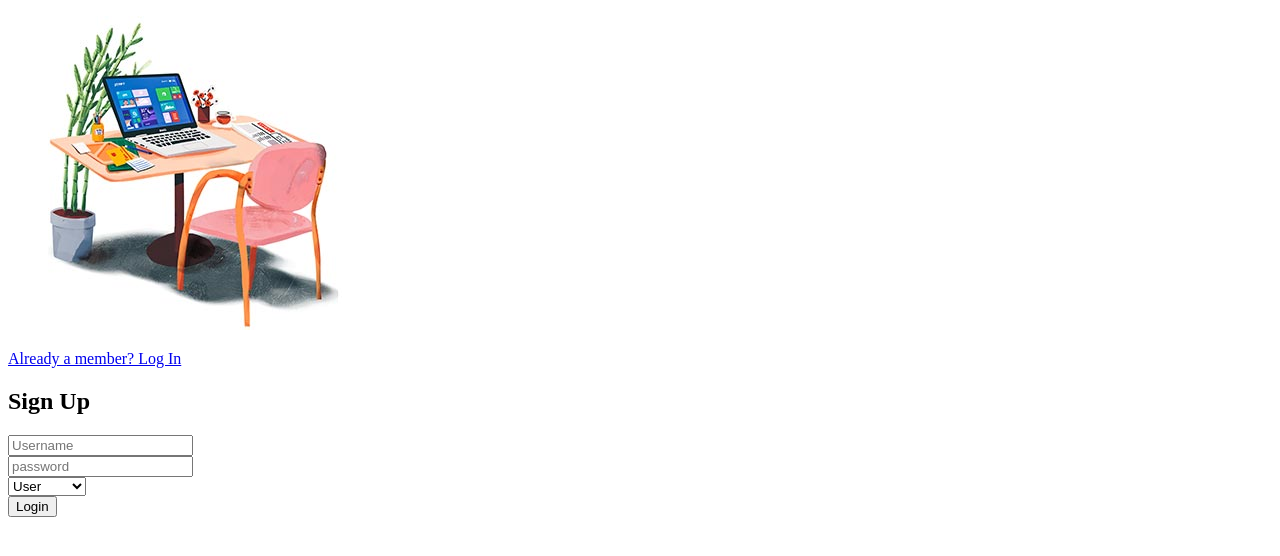
Repository: PhuongHuynh9987/Shopaholic-Ecommerce
Page: http://localhost/Shopaholic/createaccount.jsp
These files come from the project's save history. The page is drawn as it stood at one moment and after the next save; the edit follows.
The browser window is 1280 px wide. The pictures show the whole page.
The page is served by Tomcat 9.

Above is the page before, as saved 2024-01-19 23:10:07.

After the next save:
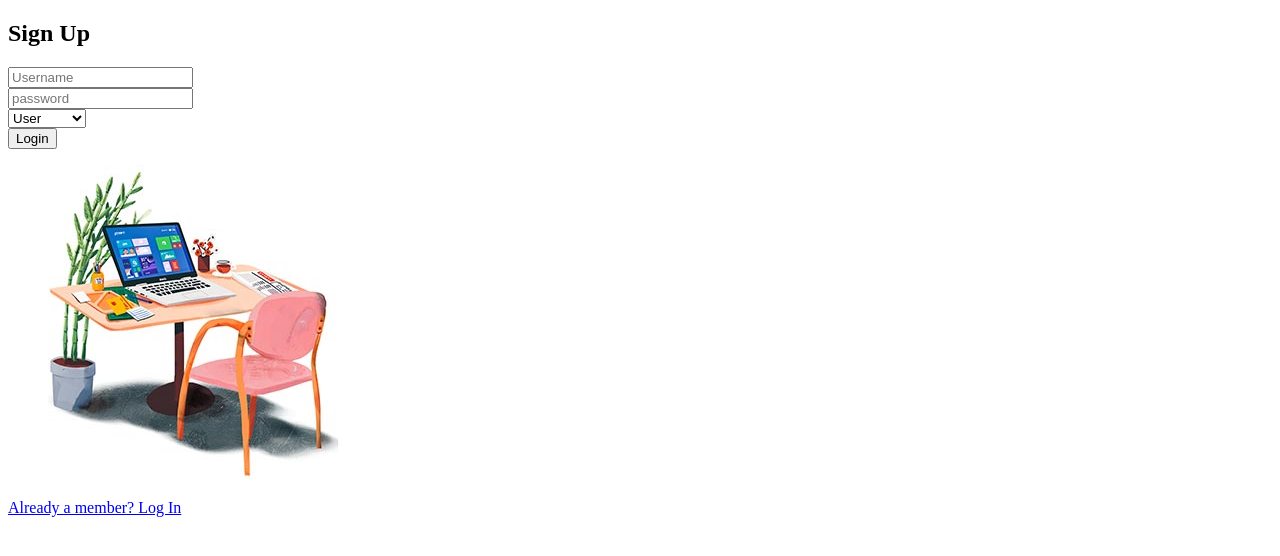
Saved 32 s later.
--- a/Shopaholic/src/main/webapp/createaccount.jsp
+++ b/Shopaholic/src/main/webapp/createaccount.jsp
@@ -12,12 +12,6 @@
 		<section class = "sign-up">
 			<div class = "container">
 				<div class = "signup-content">
-					<div class = "signup-image">
-						<figure>
-							<img src = "images/signup-image.jpg" alt="sign up image">
-						</figure>
-						<a href = "login.jsp" class = "signup-image-link">Already a member? Log In</a>
-					</div>
 
 					<div class="signup-form">
 						<h2 class = 'form-title'>Sign Up</h2>
@@ -60,6 +54,14 @@
 								<input type="submit" name = 'signin' id="signin" class ="form-submit" value ="Login" />
 							</div>
 						</form>
+
+						<div class = "signup-image">
+						<figure>
+							<img src = "images/signup-image.jpg" alt="sign up image">
+						</figure>
+						<a href = "login.jsp" class = "signup-image-link">Already a member? Log In</a>
+					</div>
+
 					</div>
 				</div>
 			</div>
